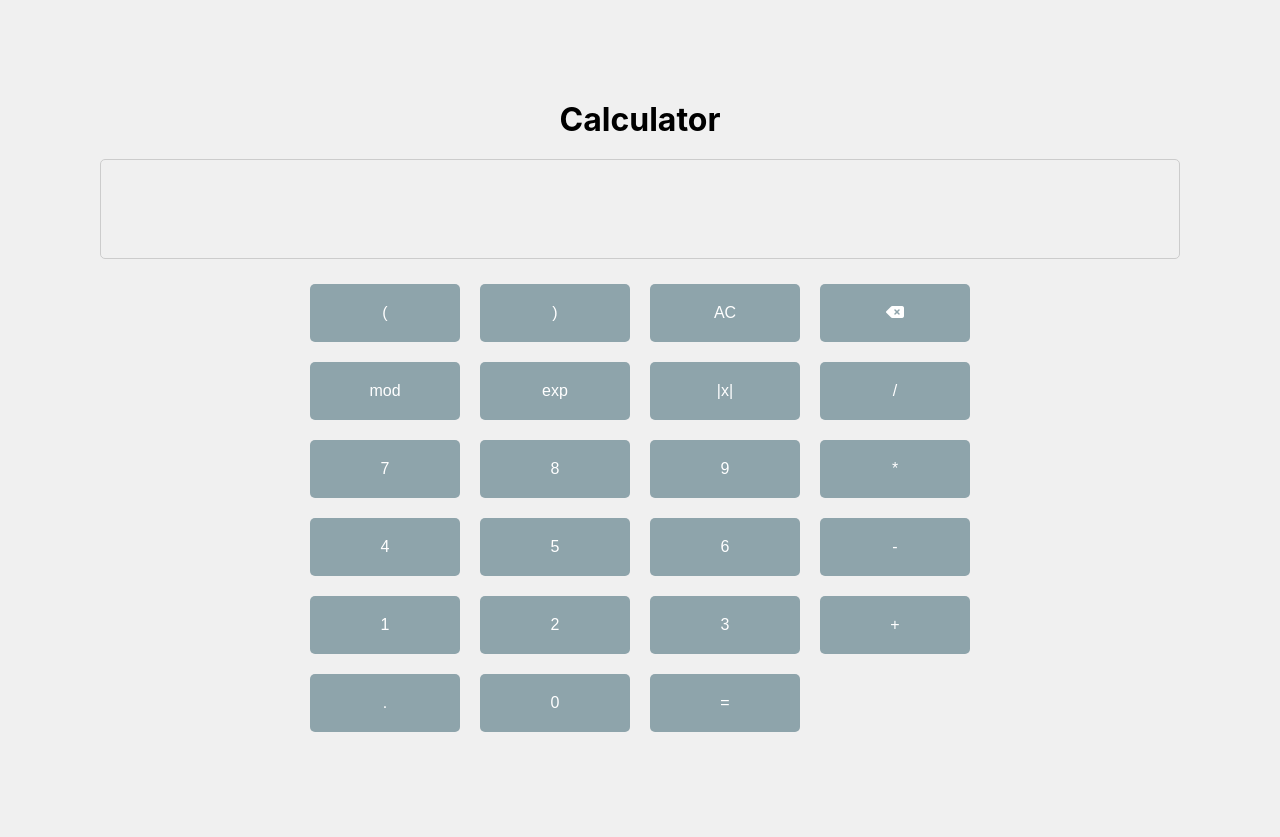
Repository: thesaherriaz/Calculator-React
Page: /
The author's editor kept a copy of each file at every save. The page is drawn from the files as they stood at one save, then again after the next save.
The browser window is 1280 px wide. The pictures show the whole page.
The project was rebuilt for these pictures with package versions that can differ from the ones it lists, and the page was loaded fresh each time.

Above is the page before, as saved 2025-06-20 12:28:58.

### public/index.html
<!DOCTYPE html>
<html lang="en">
  <head>
    <meta charset="utf-8" />
    <link rel="icon" href="%PUBLIC_URL%/favicon.ico" />
    <meta name="viewport" content="width=device-width, initial-scale=1" />
    <meta name="theme-color" content="#000000" />
    <meta
      name="description"
      content="Web site created using create-react-app"
    />
    <link rel="apple-touch-icon" href="%PUBLIC_URL%/logo192.png" />
    <link rel="stylesheet" href="https://cdnjs.cloudflare.com/ajax/libs/font-awesome/6.0.0/css/all.min.css">
    <!--
      manifest.json provides metadata used when your web app is installed on a
      user's mobile device or desktop. See https://developers.google.com/web/fundamentals/web-app-manifest/
    -->
    <link rel="manifest" href="%PUBLIC_URL%/manifest.json" />
    <!--
      Notice the use of %PUBLIC_URL% in the tags above.
      It will be replaced with the URL of the `public` folder during the build.
      Only files inside the `public` folder can be referenced from the HTML.

      Unlike "/favicon.ico" or "favicon.ico", "%PUBLIC_URL%/favicon.ico" will
      work correctly both with client-side routing and a non-root public URL.
      Learn how to configure a non-root public URL by running `npm run build`.
    -->
    <title>React App</title>
  </head>
  <body>
    <noscript>You need to enable JavaScript to run this app.</noscript>
    <div id="root"></div>
    <!--
      This HTML file is a template.
      If you open it directly in the browser, you will see an empty page.

      You can add webfonts, meta tags, or analytics to this file.
      The build step will place the bundled scripts into the <body> tag.

      To begin the development, run `npm start` or `yarn start`.
      To create a production bundle, use `npm run build` or `yarn build`.
    -->
  </body>
</html>

### src/App.js
import React from 'react'
import Calculator from './compnents/Calculator'

function App() {
  return (
    <Calculator />
  )
}

export default App

### src/compnents/Calculator.jsx
import React from 'react'
import './Calculator.css'
import { useState } from 'react'

function Calculator() {
    const [input, setInput] = useState('');
    const [result, setResult] = useState('');
    const handleClick = (value) => {
        return () => {
            const input = document.getElementById('input');
            if (value === 'AC') {
                setInput('');
            } else if (value === 'DEL') {
                setInput(input.value.slice(0, -1));
            } else if (value === '=') {
                try {
                    setResult(eval(input));
                    setInput('');
                } catch (error) {
                    setInput('Error');
                }
            } else {
                setInput(input + value);
            }
        };
    }
  return (
    <>
        <div className="Calculator">
            <h1>Calculator</h1>
            <div className="input">{input}</div>
            <div className="result">{result}</div>
            <div className="buttons">
                <button className='btn-cal'onClick={handleClick('(')}>(</button>
                <button className='btn-cal'onClick={handleClick(')')}>)</button>
                <button className='btn-cal'onClick={handleClick('AC')}>AC</button>
                <button className='btn-cal'onClick={handleClick('DEL')}><i class="fa-solid fa-delete-left"></i></button>
                <button className='btn-cal'onClick={handleClick('mod')}>mod</button>
                <button className='btn-cal'onClick={handleClick('exp')}>exp</button>
                <button className='btn-cal'onClick={handleClick('|x|')}>|x|</button>
                <button className='btn-cal'onClick={handleClick('/')}>/</button>
                <button className='btn-cal'onClick={handleClick('7')}>7</button>
                <button className='btn-cal'onClick={handleClick('8')}>8</button>
                <button className='btn-cal'onClick={handleClick('9')}>9</button>
                <button className='btn-cal'onClick={handleClick('*')}>*</button>
                <button className='btn-cal'onClick={handleClick('4')}>4</button>
                <button className='btn-cal'onClick={handleClick('5')}>5</button>
                <button className='btn-cal'onClick={handleClick('6')}>6</button>
                <button className='btn-cal'onClick={handleClick('-')}>-</button>
                <button className='btn-cal'onClick={handleClick('1')}>1</button>
                <button className='btn-cal'onClick={handleClick('2')}>2</button>
                <button className='btn-cal'onClick={handleClick('3')}>3</button>
                <button className='btn-cal'onClick={handleClick('+')}>+</button>
                <button className='btn-cal'onClick={handleClick('.')}>.</button>
                <button className='btn-cal'onClick={handleClick('0')}>0</button>
                <button className='btn-cal'onClick={handleClick('=')}>=</button>
                {/* <button className='btn-cal'onClick={handleClick('=')}>=</button> */}
            </div>
        </div>
    </>
  )
}

export default Calculator

### src/compnents/Calculator.css
*{
    box-sizing: border-box;
    margin: 0;
    padding: 0;

}
.Calculator {
  display: flex;
  flex-direction: column;
  align-items: center;
  justify-content: center;
  /* height: 100vh; */
  background-color: #f0f0f0;
  padding: 100px;
}
.buttons {
  display: grid;
  grid-template-columns: repeat(4, 1fr);
  gap: 10px;
}
.btn-cal{
  background-color: #8ea4ab;
  width: 150px;
  color: white;
  border: none;
  padding: 20px;
  font-size: 16px;
  cursor: pointer;
  border-radius: 5px;
  margin: 5px;
  transition: background-color 0.3s ease;
}

.input {
  width: 100%;
  min-height: 100px;
  padding: 10px;
  font-size: 16px;
  border: 1px solid #ccc;
  border-radius: 5px;
  margin: 20px;
}

Loaded but not shown: src/index.js (common file); src/index.css (common file); src/reportWebVitals.js (common file)

After the next save:
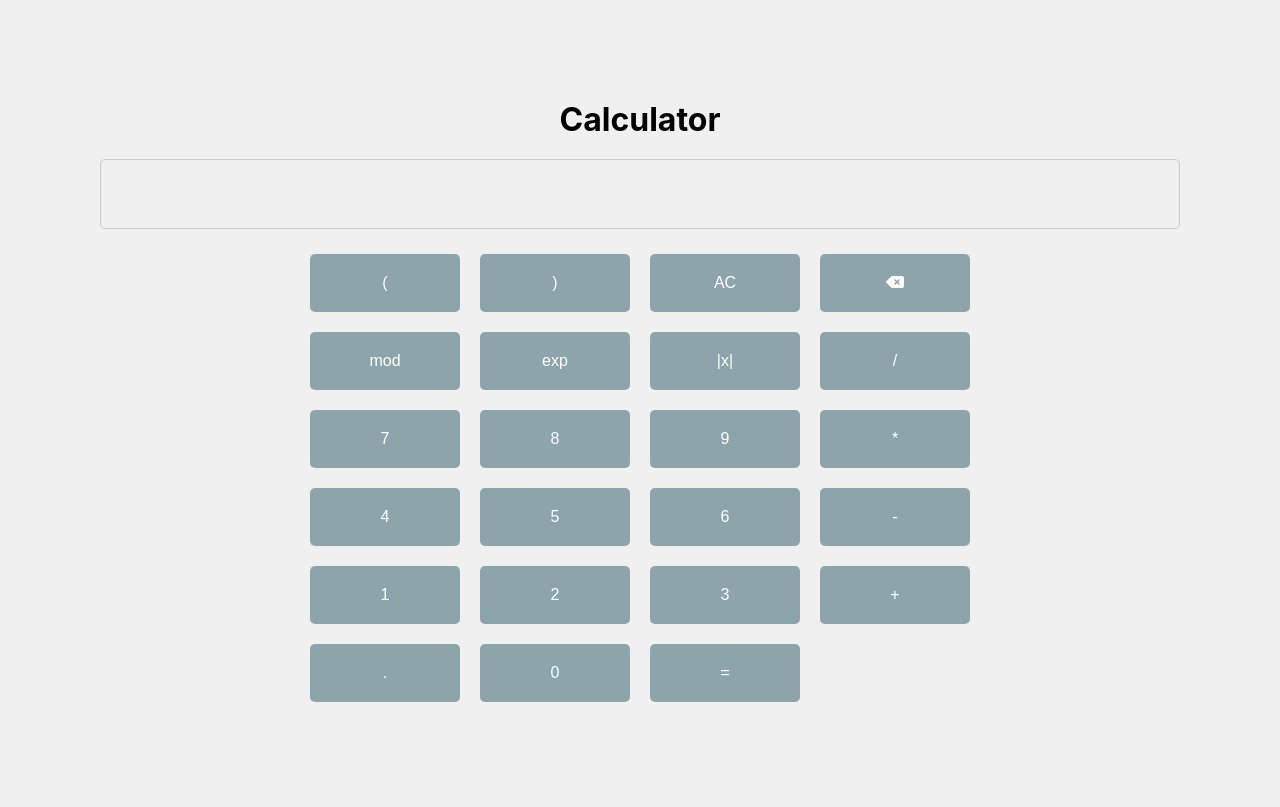
Saved 5 s later.
--- a/src/compnents/Calculator.css
+++ b/src/compnents/Calculator.css
@@ -33,7 +33,7 @@
 
 .input {
   width: 100%;
-  min-height: 100px;
+  min-height: 70px;
   padding: 10px;
   font-size: 16px;
   border: 1px solid #ccc;
